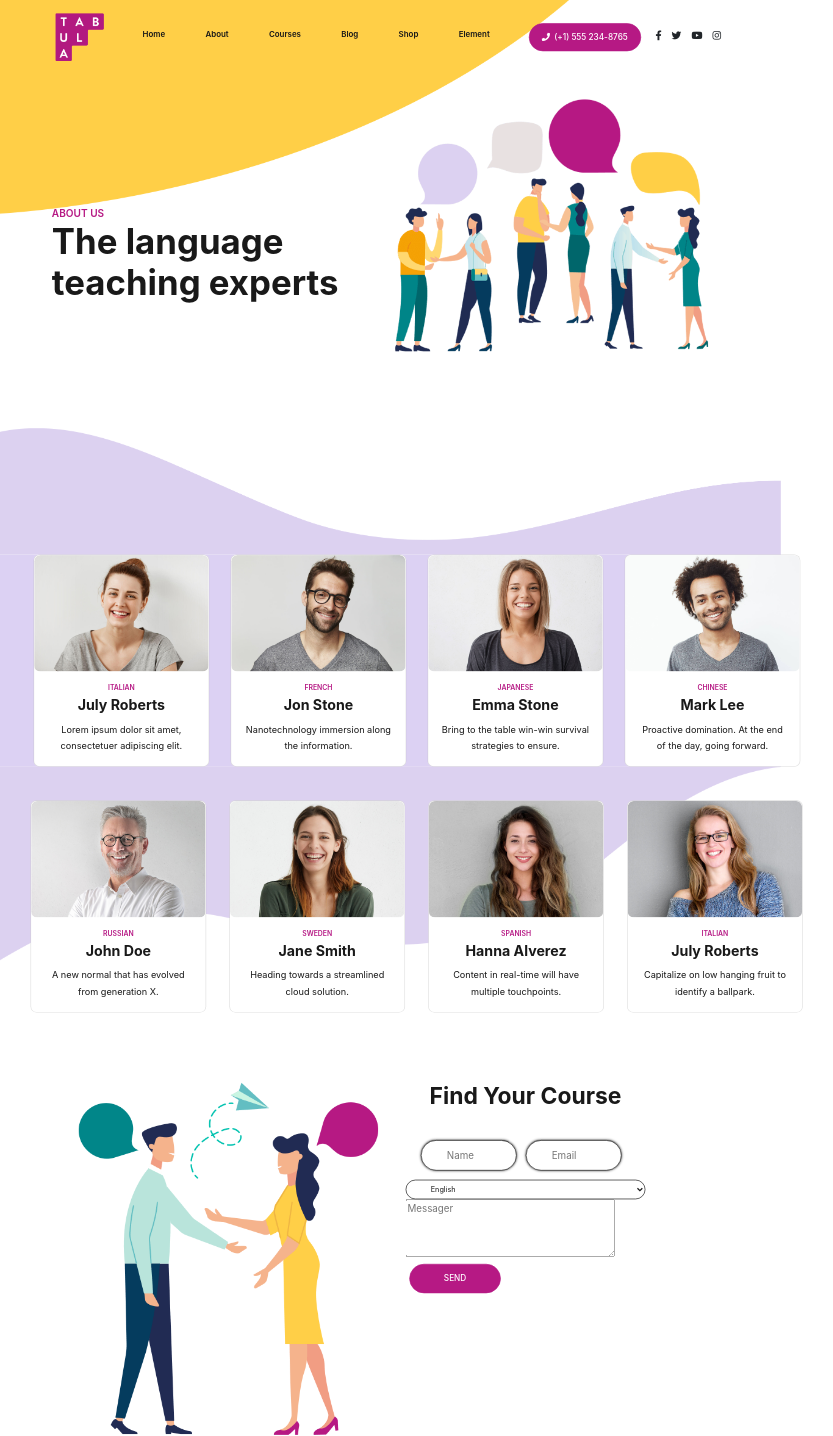
Repository: Khanh1234-glitch/TruongNguyenBaoKhanh_BC22_assignment__tabula
Page: Tabula/index.html
These files come from the project's save history. The page is drawn as it stood at one moment and after the next save; the edit follows.
The browser window is 1280 px wide. The page is 1366 px wide, so the pictures cover 1366 px, including what lies to the right of the window. The pictures show the whole page, at 61% of full size.
The style sheet was rebuilt from its Sass, Less or Tailwind sources for each picture, by a compiler version that may differ from the author's.

Above is the page before, as saved 2022-04-18 10:01:09.

After the next save:
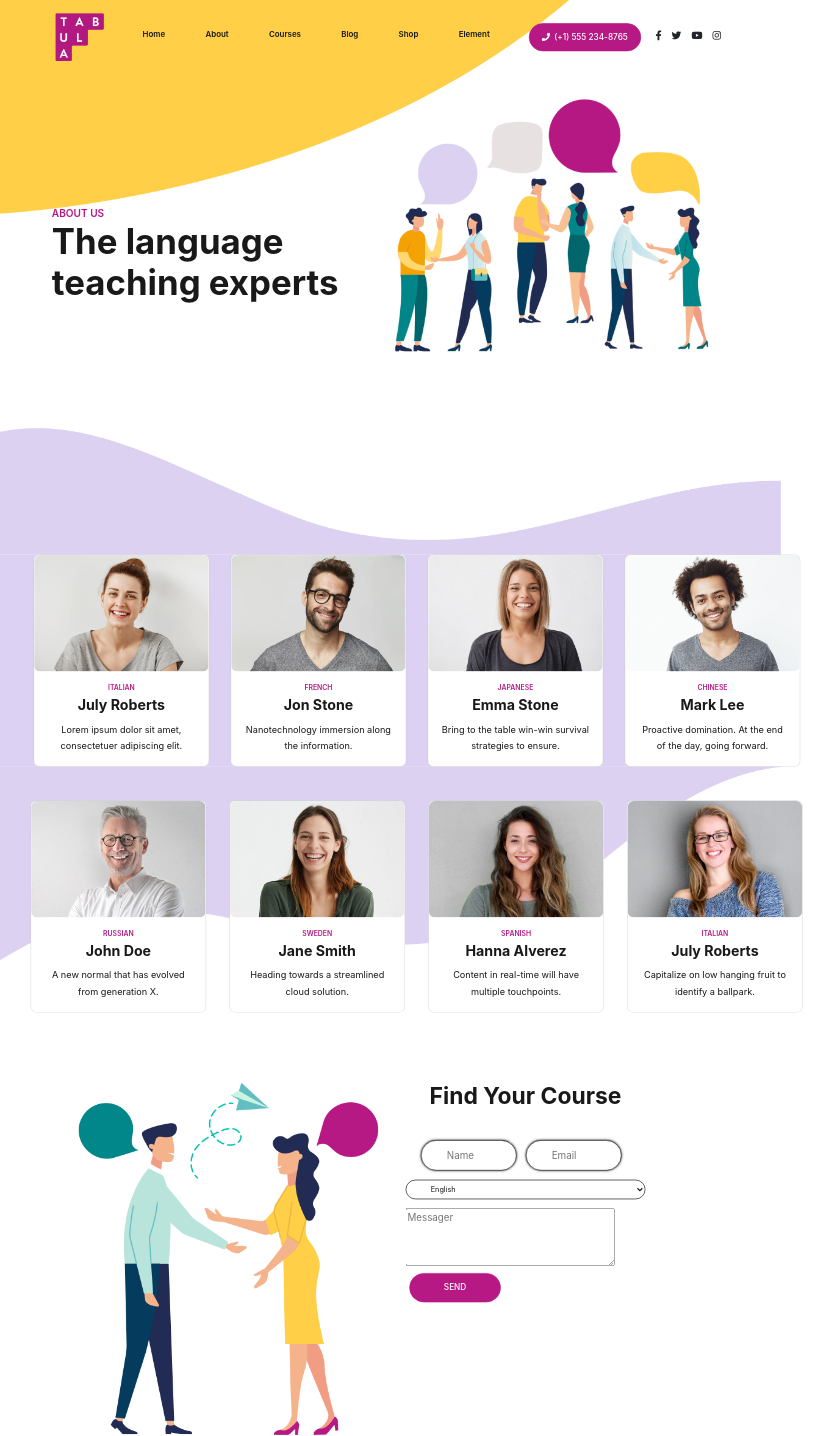
Saved 27 s later.
--- a/Tabula/Sass/Component/_footer-form.scss
+++ b/Tabula/Sass/Component/_footer-form.scss
@@ -41,6 +41,7 @@
                     font-size: $fs-0;
                     line-height: 38.4px;
                     padding: 0px 0px 0px 36px;
+                    margin-bottom: 15px;
                 }
                 .text-form {
                     textarea {
